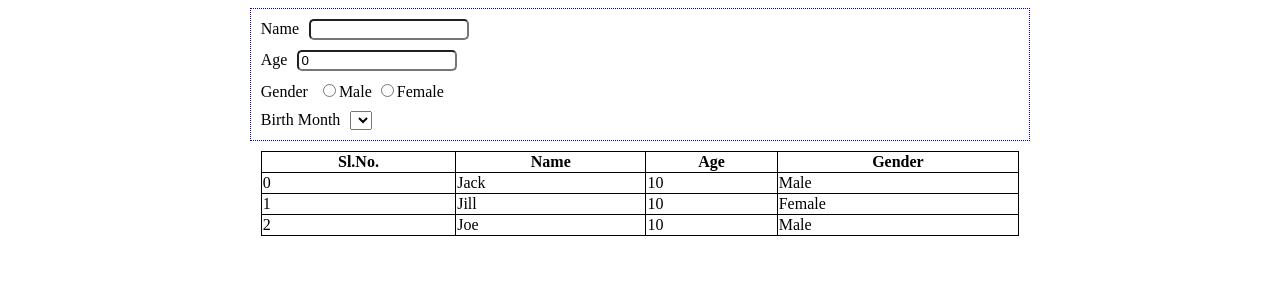
Repository: tysonpaul89/vue-student-crud
Page: /
An editor plug-in stored every save of this project. The page is shown before and after the next save, followed by the edit.
The browser window is 1280 px wide. The pictures show the whole page.
The project was rebuilt for these pictures with package versions that can differ from the ones it lists, and the page was loaded fresh each time.

Above is the page before, as saved 2020-04-10 18:01:21.

### src/App.vue
<template>
  <div id="app">
    <StudentForm />
    <StudentListng :studentArray="students" />
  </div>
</template>

<script>
import StudentListng from './components/StudentListng.vue';
import StudentForm from './components/StudentForm.vue';

export default {
  name: 'App',
  components: {
    StudentListng,
    StudentForm
  },
  data() {
    return {
      students: [
        { id:1, name: 'Jack', age: 10, gender: 'Male', birthMonth: 7, birthYear: 2008 },
        { id:2, name: 'Jill', age: 10, gender: 'Female', birthMonth: 7, birthYear: 2008 },
        { id:3, name: 'Joe', age: 10, gender: 'Male', birthMonth: 7, birthYear: 2008 },
      ]
    }
  }
}
</script>

<style>

</style>

### src/components/StudentListng.vue
<template>
  <table>
    <thead>
      <tr>
        <th>Sl.No.</th>
        <th>Name</th>
        <th>Age</th>
        <th>Gender</th>
      </tr>
    </thead>
    <tbody>
      <tr v-for="(student, index) in studentArray" :key="student.id">
        <td>{{ index }}</td>
        <td>{{ student.name }}</td>
        <td>{{ student.age }}</td>
        <td>{{ student.gender }}</td>
      </tr>
    </tbody>
  </table>
</template>

<script>
export default {
  props: {
    studentArray: Array
  }
};
</script>

<style scoped>
table {
  border-collapse: collapse;
  width: 60%;
  margin: 0 auto;
}

table,
td,
th {
  border: 1px solid black;
}
</style>

### src/components/StudentForm.vue
<template>
  <div class="container">
    <form>
      <div class="form-group">
        <label for="name">Name</label>
        <input type="text" id="name" name="name" v-model="studentForm.name" />
      </div>
      <div class="form-group">
        <label for="age">Age</label>
        <input type="text" id="age" name="age" v-model="studentForm.age" />
      </div>
      <div class="form-group">
        <label>Gender</label>
        <input type="radio" name="Male" value="Male" v-model="studentForm.gender">Male
        <input type="radio" name="Female" value="Female" v-model="studentForm.gender">Female
      </div>
      <div class="form-group">
        <label for="month">Birth Month</label>
        <select name="month" id="month" v-model="studentForm.birthMonth">
          <option value=""></option>
        </select>
      </div>
    </form>
  </div>
</template>

<script>
export default {
  data() {
    return {
      studentForm: {
        name: "",
        gender: null,
        birthMonth: null,
        birthYear: null,
        age: 0
      }
    };
  }
};
</script>

<style scoped>
.container {
  width: 60%;
  margin: 0 auto;
  margin-bottom: 10px;
  border: 1px dotted blue;
  padding: 0 10px 10px 10px;
}

.form-group {
  padding-top: 10px;
}

.form-group label {
  padding-right: 10px;
}

.form-group input[type="text"] {
  border-radius: 5px;
  width: 20%;
}
</style>

Loaded but not shown: public/index.html (common file); src/main.js (common file)

After the next save:
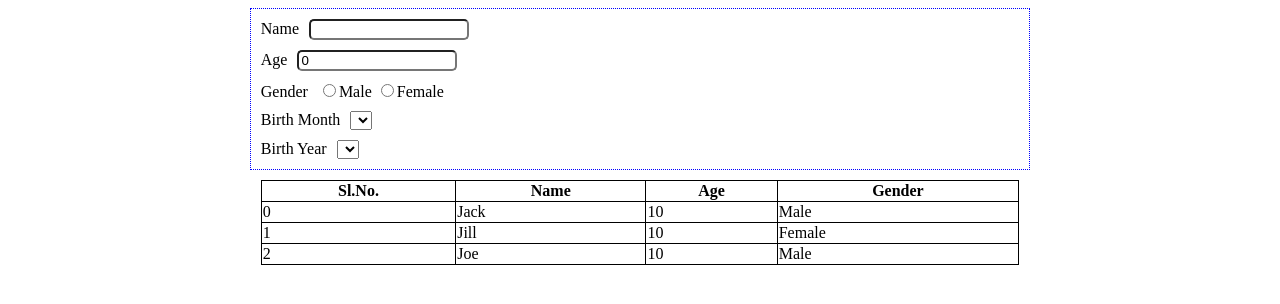
Saved 14 s later.
--- a/src/components/StudentForm.vue
+++ b/src/components/StudentForm.vue
@@ -16,6 +16,12 @@
       </div>
       <div class="form-group">
         <label for="month">Birth Month</label>
+        <select name="month" id="month" v-model="studentForm.birthMonth">
+          <option value=""></option>
+        </select>
+      </div>
+      <div class="form-group">
+        <label for="month">Birth Year</label>
         <select name="month" id="month" v-model="studentForm.birthMonth">
           <option value=""></option>
         </select>
